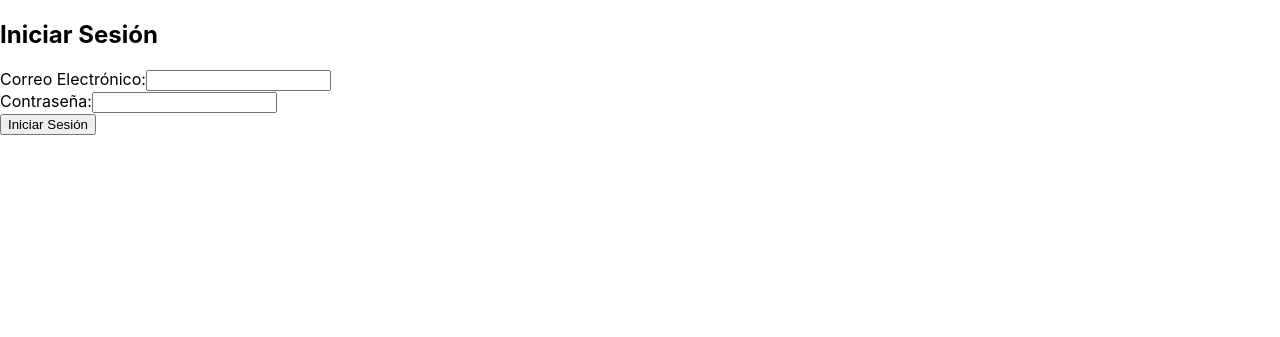
Repository: anuskazw/badminton
Page: /dashboard
The author's editor kept a copy of each file at every save. The page is drawn from the files as they stood at one save, then again after the next save.
The browser window is 1280 px wide. The pictures show the whole page.
The project was rebuilt for these pictures with package versions that can differ from the ones it lists, and the page was loaded fresh each time.

Above is the page before, as saved 2024-11-24 22:22:41.

After the next save:
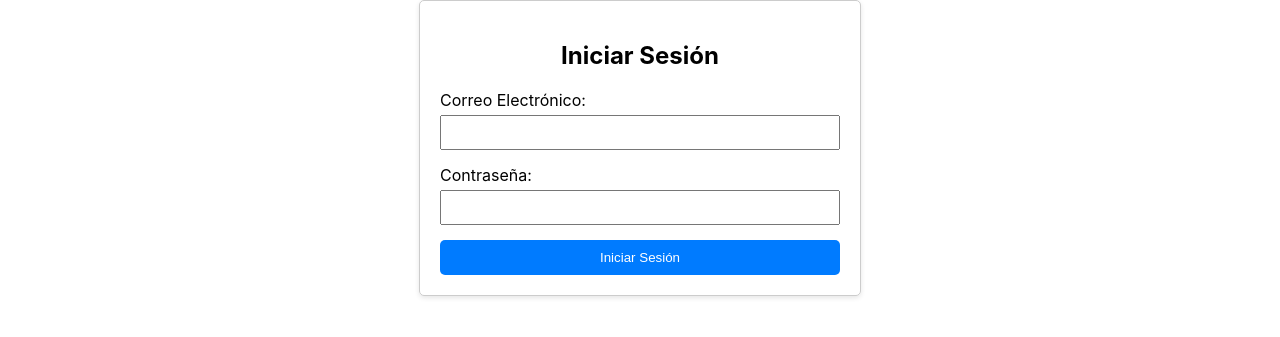
Saved 21 s later.
--- a/src/components/Login.js
+++ b/src/components/Login.js
@@ -14,7 +14,7 @@ function Login() {
     };
 
     return (
-        <div>
+        <div className="login-container">
             <h2>Iniciar Sesión</h2>
             <form onSubmit={handleSubmit}>
                 <div>
